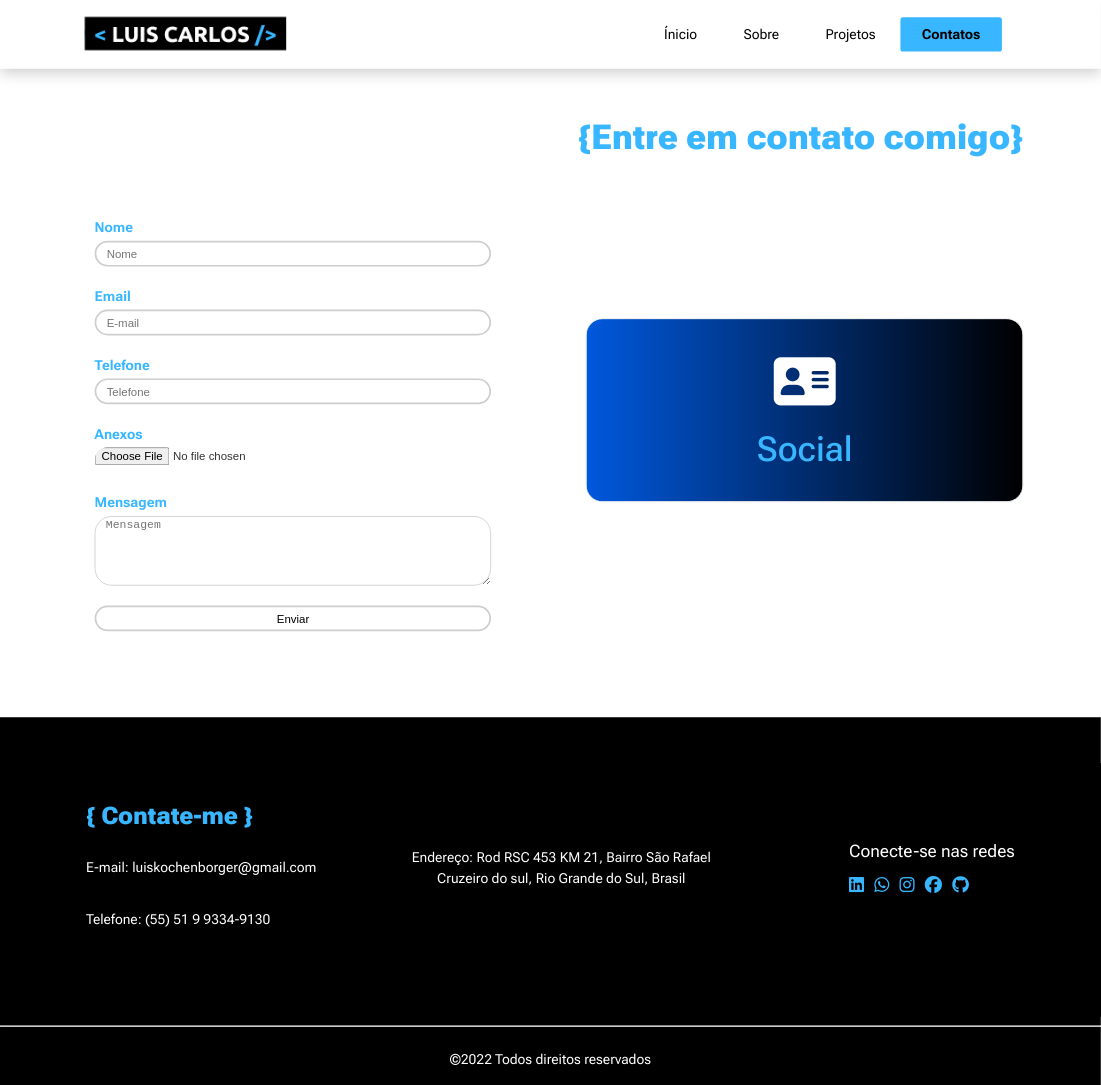
Repository: Iluiscarlos/SitePortifolio
Page: contacts.html
An editor plug-in stored every save of this project. The page is shown before and after the next save, followed by the edit.
The browser window is 1280 px wide. The pictures show the whole page, at 86% of full size.
Some web libraries are served in a nearby version.

Above is the page before, as saved 2022-05-25 19:45:27.

After the next save:
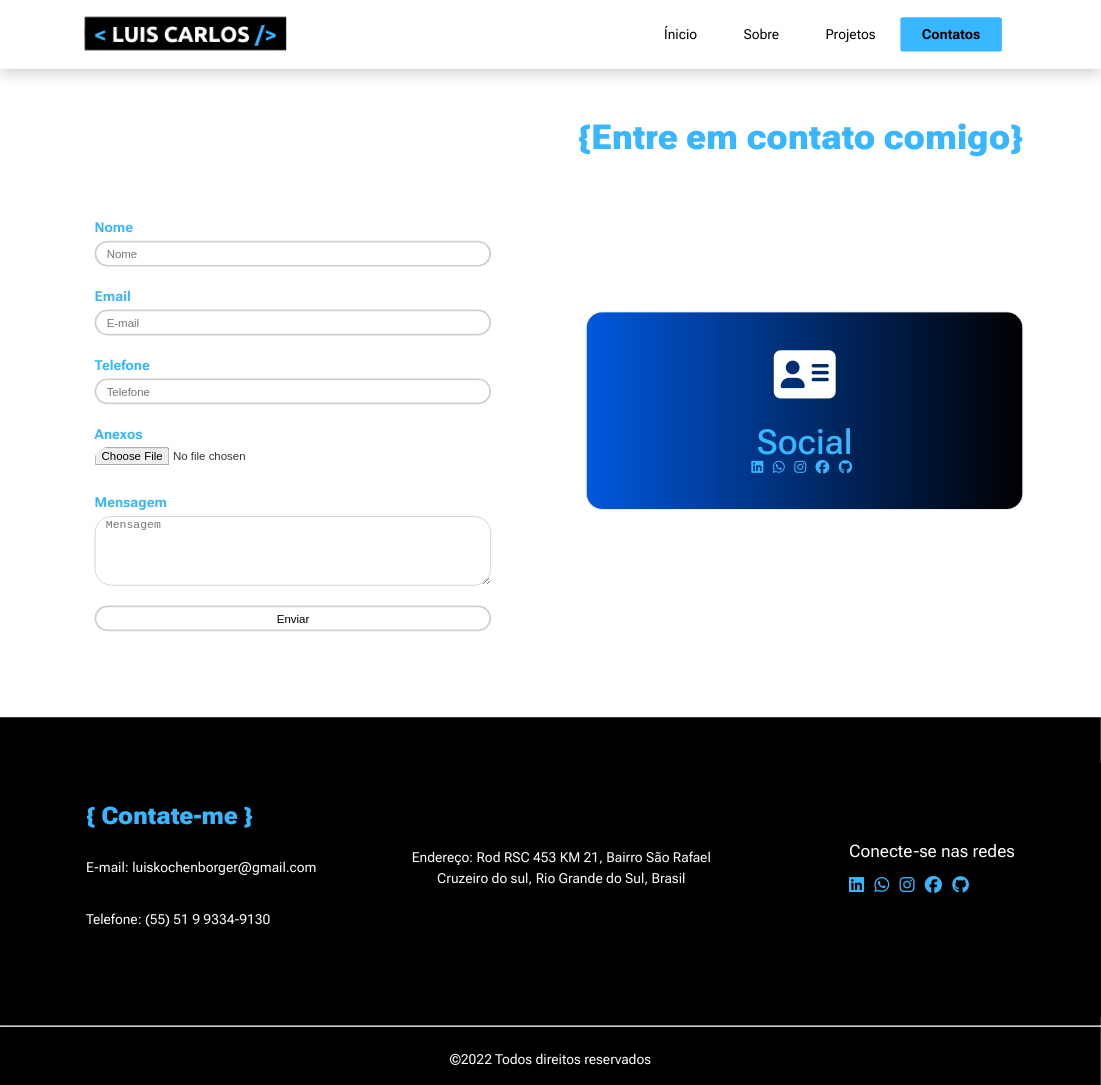
Saved 74 s later.
--- a/contacts.html
+++ b/contacts.html
@@ -61,6 +61,16 @@
                 <i class="fa-solid fa-address-card"></i>
             </div>
             <h1 class="subtitle">Social</h1>
+            <a class="icon__small" href="https://www.linkedin.com/in/luis-carlos-kochenborger" target="_blank"><i
+                class="fa-brands fa-linkedin"></i></a>
+        <a class="icon__small" href="https://api.whatsapp.com/send?phone=5551993349130&text=Contate-me"
+            target="_blank"><i class="fa-brands fa-whatsapp"></i></a>
+        <a class="icon__small" href="https://www.instagram.com/iluis.kochenborger/" target="_blank"><i
+                class="fa-brands fa-instagram"></i></a>
+        <a class="icon__small" href="https://www.facebook.com/luiscarlos.kochenborger/" target="_blank"><i
+                class="fa-brands fa-facebook"></i></a>
+        <a class="icon__small" href="https://github.com/Iluiscarlos" target="_blank"><i
+                class="fa-brands fa-github"></i></a>
             </div>
     </section>
 
